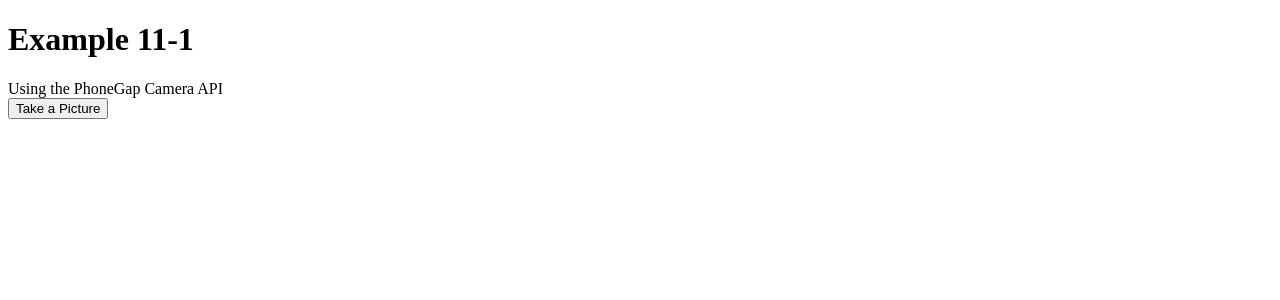
Repository: HILOLT/phonegap-demo
Page: Android/workspace/Camera/assets/www/index.html
The author's editor kept a copy of each file at every save. The page is drawn from the files as they stood at one save, then again after the next save.
The browser window is 1280 px wide. The pictures show the whole page.

Above is the page before, as saved 2012-08-22 05:51:24.

After the next save:
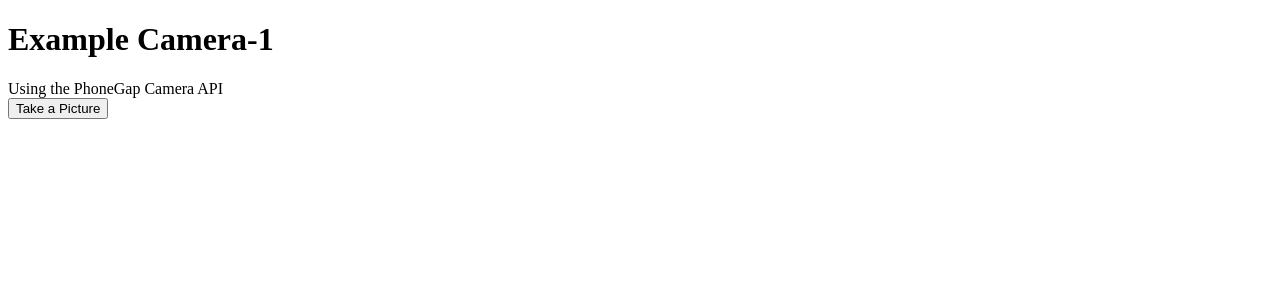
Saved 5 min 33 s later.
--- a/Android/workspace/Camera/assets/www/index.html
+++ b/Android/workspace/Camera/assets/www/index.html
@@ -17,7 +17,8 @@
 
       function takePhoto() {
         //alert("takePhoto");
-        navigator.camera.getPicture(onCameraSuccess, onCameraError, { quality: 50, destinationType: Camera.DestinationType.FILE_URI });
+        navigator.camera.getPicture(onCameraSuccess, onCameraError,
+        		{ quality: 50, destinationType: Camera.DestinationType.FILE_URI });
         // navigator.camera.getPicture(onCameraSuccess, onCameraError);
       }
 
@@ -31,7 +32,7 @@
     </script>
   </head>
   <body onload="onBodyLoad()">
-    <h1>Example 11-1</h1>
+    <h1>Example Camera-1</h1>
     <p>
       Using the PhoneGap Camera API
       <br />
